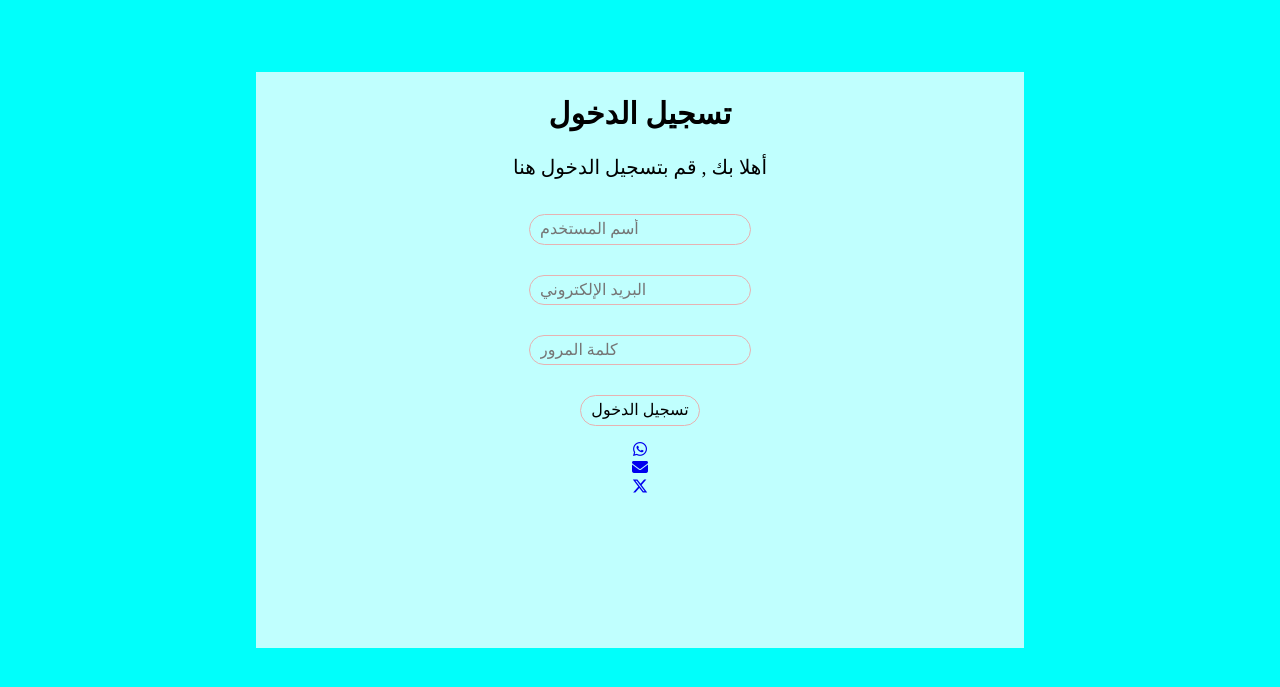
Repository: FaisalFahed/login-page
Page: html/صفحة تسجيل دخول.html
An editor plug-in stored every save of this project. The page is shown before and after the next save, followed by the edit.
The browser window is 1280 px wide. The pictures show the whole page.
Some web fonts or font styles are not loaded; a fallback is used.

Above is the page before, as saved 2025-04-01 08:23:10.

### html/صفحة تسجيل دخول.html
<!DOCTYPE html>
<html lang="en">
<head>
    <meta charset="UTF-8">
    <meta name="viewport" content="width=device-width, initial-scale=1.0">
    <link rel="stylesheet" href="css/normlaize.css">
    <link rel="stylesheet" href="../css/صفحة تسجيل دخول.css">
    <!-- Font Awesome -->
    <link rel="stylesheet" href="../css/all.min.css">
    <!-- Google Fonts -->
    <link rel="preconnect" href="https://fonts.googleapis.com">
    <link rel="preconnect" href="https://fonts.gstatic.com" crossorigin>
    <link href="https://fonts.googleapis.com/css2?family=Markazi+Text:wght@400..700&display=swap" rel="stylesheet">
    <title>Faisal | صفحة تسجيل دخول</title>
</head>
    <body>
        <div class="container">
            <div class="text">
                <h2>تسجيل الدخول</h2>
                <p>أهلا بك , قم بتسجيل الدخول هنا</p>
            </div>
            <div class="log-in">
                <input type="text" placeholder="أسم المستخدم">
                <input type="email" placeholder="البريد الإلكتروني">
                <input type="password" placeholder="كلمة المرور">
                <input type="submit" value="تسجيل الدخول">
            </div>
            <div class="icons">
                <ul>
                    <li><a href="#"><i class="fa-brands fa-whatsapp"></i></a></li>
                    <li><a href="#"><i class="fa-solid fa-envelope"></i></a></li>
                    <li><a href="#"><i class="fa-brands fa-x-twitter"></i></a></li>
                </ul>
            </div>
        </div>
    </body>
</html>

### css/normlaize.css
/*! normalize.css v8.0.1 | MIT License | github.com/necolas/normalize.css */

/* Document
   ========================================================================== */

/**
 * 1. Correct the line height in all browsers.
 * 2. Prevent adjustments of font size after orientation changes in iOS.
 */

 html {
  line-height: 1.15; /* 1 */
  -webkit-text-size-adjust: 100%; /* 2 */
}

/* Sections
   ========================================================================== */

/**
 * Remove the margin in all browsers.
 */

body {
  margin: 0;
}

/**
 * Render the `main` element consistently in IE.
 */

main {
  display: block;
}

/**
 * Correct the font size and margin on `h1` elements within `section` and
 * `article` contexts in Chrome, Firefox, and Safari.
 */

h1 {
  font-size: 2em;
  margin: 0.67em 0;
}

/* Grouping content
   ========================================================================== */

/**
 * 1. Add the correct box sizing in Firefox.
 * 2. Show the overflow in Edge and IE.
 */

hr {
  box-sizing: content-box; /* 1 */
  height: 0; /* 1 */
  overflow: visible; /* 2 */
}

/**
 * 1. Correct the inheritance and scaling of font size in all browsers.
 * 2. Correct the odd `em` font sizing in all browsers.
 */

pre {
  font-family: monospace, monospace; /* 1 */
  font-size: 1em; /* 2 */
}

/* Text-level semantics
   ========================================================================== */

/**
 * Remove the gray background on active links in IE 10.
 */

a {
  background-color: transparent;
}

/**
 * 1. Remove the bottom border in Chrome 57-
 * 2. Add the correct text decoration in Chrome, Edge, IE, Opera, and Safari.
 */

abbr[title] {
  border-bottom: none; /* 1 */
  text-decoration: underline; /* 2 */
  text-decoration: underline dotted; /* 2 */
}

/**
 * Add the correct font weight in Chrome, Edge, and Safari.
 */

b,
strong {
  font-weight: bolder;
}

/**
 * 1. Correct the inheritance and scaling of font size in all browsers.
 * 2. Correct the odd `em` font sizing in all browsers.
 */

code,
kbd,
samp {
  font-family: monospace, monospace; /* 1 */
  font-size: 1em; /* 2 */
}

/**
 * Add the correct font size in all browsers.
 */

small {
  font-size: 80%;
}

/**
 * Prevent `sub` and `sup` elements from affecting the line height in
 * all browsers.
 */

sub,
sup {
  font-size: 75%;
  line-height: 0;
  position: relative;
  vertical-align: baseline;
}

sub {
  bottom: -0.25em;
}

sup {
  top: -0.5em;
}

/* Embedded content
   ========================================================================== */

/**
 * Remove the border on images inside links in IE 10.
 */

img {
  border-style: none;
}

/* Forms
   ========================================================================== */

/**
 * 1. Change the font styles in all browsers.
 * 2. Remove the margin in Firefox and Safari.
 */

button,
input,
optgroup,
select,
textarea {
  font-family: inherit; /* 1 */
  font-size: 100%; /* 1 */
  line-height: 1.15; /* 1 */
  margin: 0; /* 2 */
}

/**
 * Show the overflow in IE.
 * 1. Show the overflow in Edge.
 */

button,
input { /* 1 */
  overflow: visible;
}

/**
 * Remove the inheritance of text transform in Edge, Firefox, and IE.
 * 1. Remove the inheritance of text transform in Firefox.
 */

button,
select { /* 1 */
  text-transform: none;
}

/**
 * Correct the inability to style clickable types in iOS and Safari.
 */

button,
[type="button"],
[type="reset"],
[type="submit"] {
  -webkit-appearance: button;
}

/**
 * Remove the inner border and padding in Firefox.
 */

button::-moz-focus-inner,
[type="button"]::-moz-focus-inner,
[type="reset"]::-moz-focus-inner,
[type="submit"]::-moz-focus-inner {
  border-style: none;
  padding: 0;
}

/**
 * Restore the focus styles unset by the previous rule.
 */

button:-moz-focusring,
[type="button"]:-moz-focusring,
[type="reset"]:-moz-focusring,
[type="submit"]:-moz-focusring {
  outline: 1px dotted ButtonText;
}

/**
 * Correct the padding in Firefox.
 */

fieldset {
  padding: 0.35em 0.75em 0.625em;
}

/**
 * 1. Correct the text wrapping in Edge and IE.
 * 2. Correct the color inheritance from `fieldset` elements in IE.
 * 3. Remove the padding so developers are not caught out when they zero out
 *    `fieldset` elements in all browsers.
 */

legend {
  box-sizing: border-box; /* 1 */
  color: inherit; /* 2 */
  display: table; /* 1 */
  max-width: 100%; /* 1 */
  padding: 0; /* 3 */
  white-space: normal; /* 1 */
}

/**
 * Add the correct vertical alignment in Chrome, Firefox, and Opera.
 */

progress {
  vertical-align: baseline;
}

/**
 * Remove the default vertical scrollbar in IE 10+.
 */

textarea {
  overflow: auto;
}

/**
 * 1. Add the correct box sizing in IE 10.
 * 2. Remove the padding in IE 10.
 */

[type="checkbox"],
[type="radio"] {
  box-sizing: border-box; /* 1 */
  padding: 0; /* 2 */
}

/**
 * Correct the cursor style of increment and decrement buttons in Chrome.
 */

[type="number"]::-webkit-inner-spin-button,
[type="number"]::-webkit-outer-spin-button {
  height: auto;
}

/**
 * 1. Correct the odd appearance in Chrome and Safari.
 * 2. Correct the outline style in Safari.
 */

[type="search"] {
  -webkit-appearance: textfield; /* 1 */
  outline-offset: -2px; /* 2 */
}

/**
 * Remove the inner padding in Chrome and Safari on macOS.
 */

[type="search"]::-webkit-search-decoration {
  -webkit-appearance: none;
}

/**
 * 1. Correct the inability to style clickable types in iOS and Safari.
 * 2. Change font properties to `inherit` in Safari.
 */

::-webkit-file-upload-button {
  -webkit-appearance: button; /* 1 */
  font: inherit; /* 2 */
}

/* Interactive
   ========================================================================== */

/*
 * Add the correct display in Edge, IE 10+, and Firefox.
 */

details {
  display: block;
}

/*
 * Add the correct display in all browsers.
 */

summary {
  display: list-item;
}

/* Misc
   ========================================================================== */

/**
 * Add the correct display in IE 10+.
 */

template {
  display: none;
}

/**
 * Add the correct display in IE 10.
 */

[hidden] {
  display: none;
}

### css/صفحة تسجيل دخول.css
*{
    box-sizing: border-box;
}

:root{
    --main-color: #ff1f1fd6;
    --main-color-alt: #1787E0;
    --main-transition-duration: 0.3s;
    --main-padding-top: 100px;
    --main-padding-bottom: 100px;
    --section-background: #ECECEC;
}

html{
    scroll-behavior: smooth;
}

body{
    font-family: "Markazi Text", serif;
    background-color: #00fffb;
    display: flex;
    width: 100vw;
    height: 100vh;
    justify-content: center;
    align-items: center;
}

a{
    text-decoration: none;
}

ul{
    list-style: none;
    padding: 0;
    margin: 0;
}

.container{
    padding-left: 15px;
    padding-right: 15px;
    margin-left: auto;
    margin-right: auto;
    background-color: rgba(255, 255, 255, 0.753);
    height: 80vh;
    width: 60vw;
    text-align: center;
}

.text{
    font-size: 20px;
}
.log-in{
    display: flex;
    flex-direction: column;
    align-items: center;
    justify-content: center;
}
.log-in input{
    border: none;
    outline: none;
    padding: 5px 10px;
    margin: 15px 0;
    background-color: transparent;
    position: relative;
    border: 1px solid rgb(231, 178, 178);
    border-radius: 16px;
}
.log-in input::before{
    font-family: "Font Awesome 5 Free";
    content: "\f104";
    font-weight: 900;
    font-size: 25px;
    position: absolute;
    transform: translateY(25%);
}


/* @media (min-width:768px){
    .container{
        width: 750px;
    }
}

@media (min-width:992px){
    .container{
        width: 970px;
    }
}

@media (min-width:1200px){
    .container{
        width: 1170px;
    }
} */

Loaded but not shown: css/all.min.css (library)

After the next save:
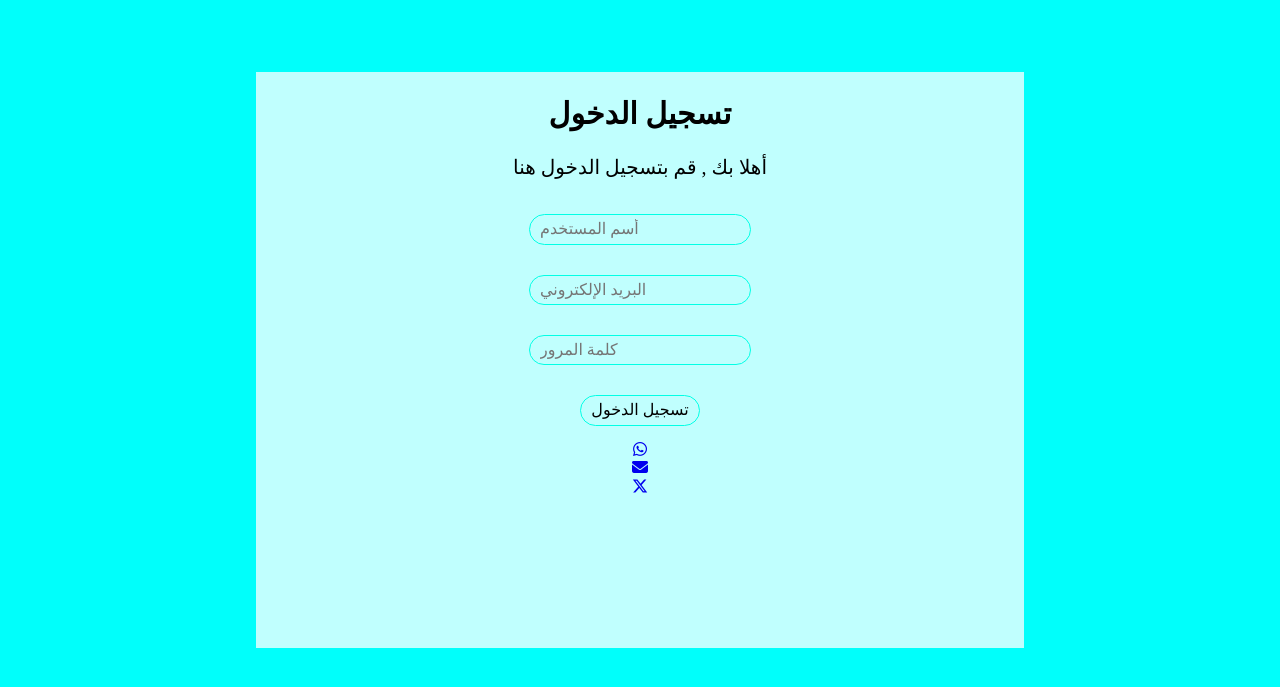
Saved 4 s later.
--- a/css/صفحة تسجيل دخول.css
+++ b/css/صفحة تسجيل دخول.css
@@ -62,7 +62,7 @@ ul{
     margin: 15px 0;
     background-color: transparent;
     position: relative;
-    border: 1px solid rgb(231, 178, 178);
+    border: 1px solid rgba(0, 255, 229, 0.995);
     border-radius: 16px;
 }
 .log-in input::before{
